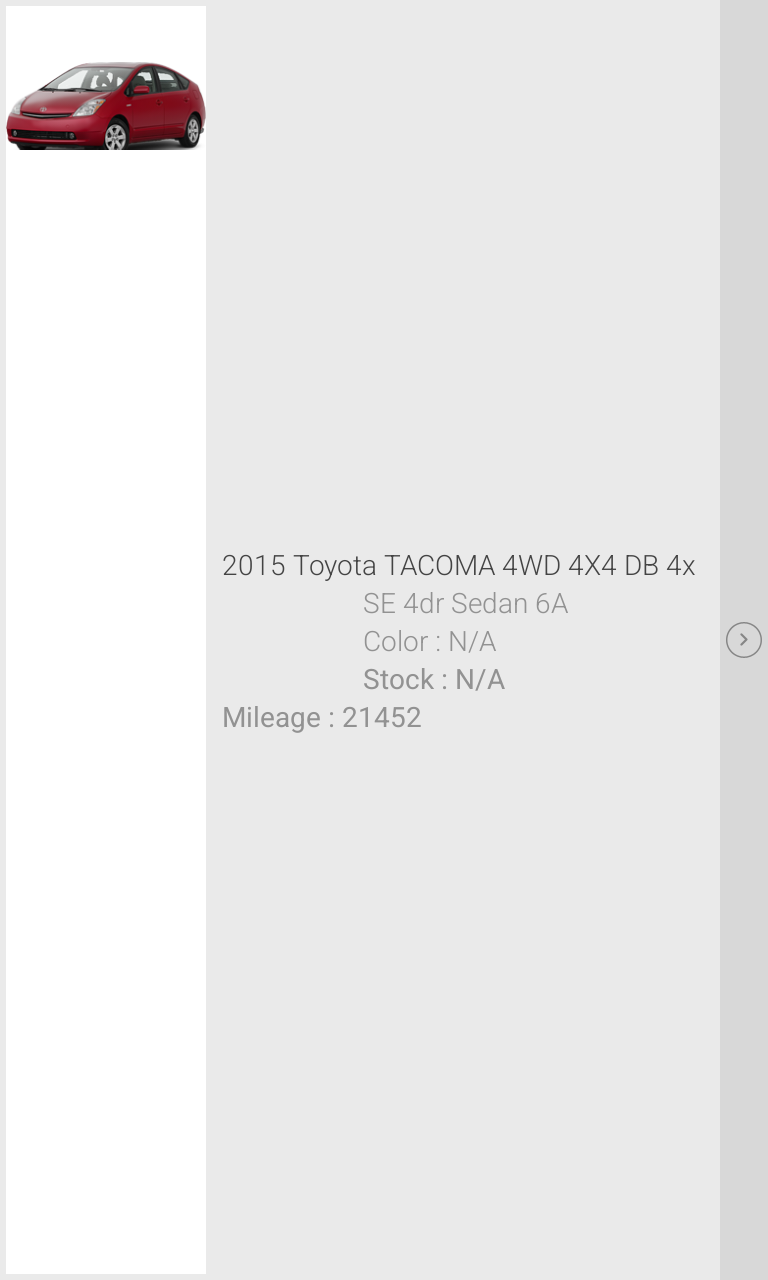
Repository: lMayuraDevani/BrentBrown
Layout: BrentBrown/res/layout/vehicle_list_item.xml
These files come from the project's save history. The layout is drawn as it stood at one moment and after the next save; the edit follows.
It is drawn on a 768 x 1280 px phone screen (xhdpi) without system bars, with theme AppTheme; the app's code is not run.

Above is the layout before, as saved 2014-11-12 09:40:08.

After the next save:
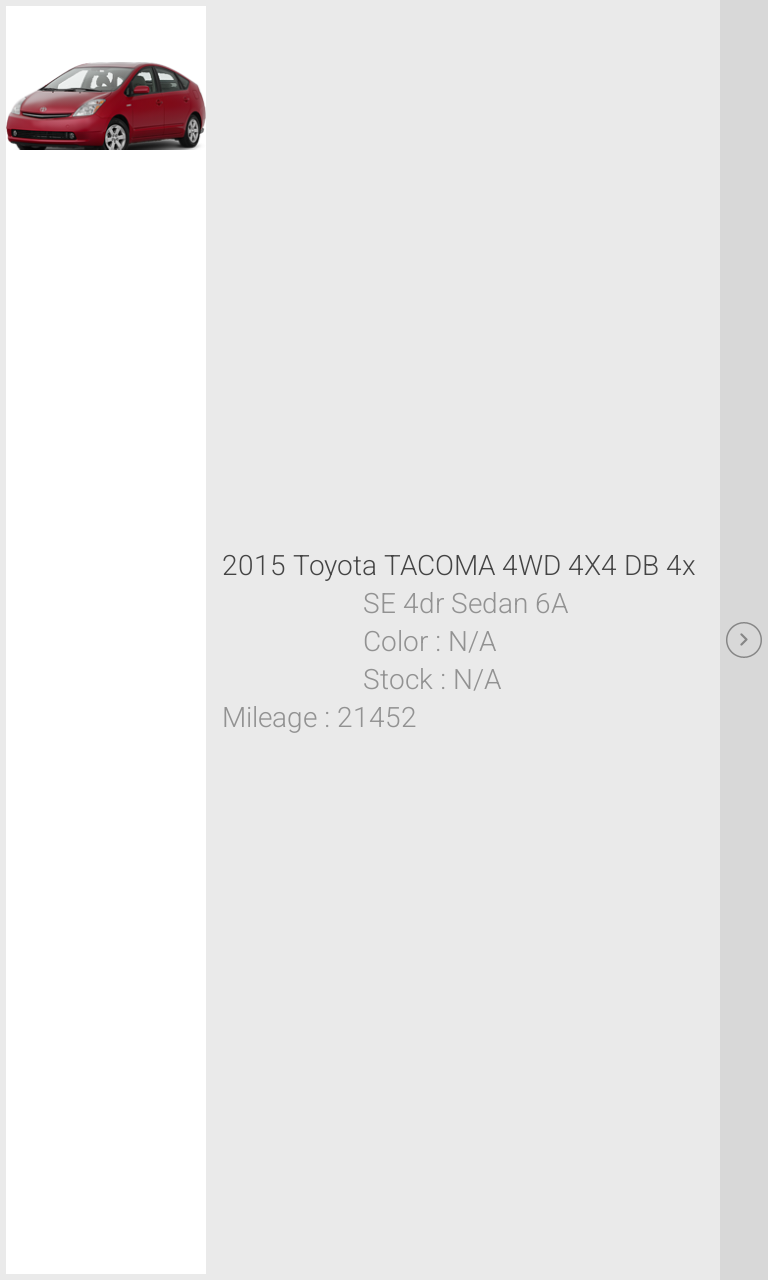
Saved 11 s later.
--- a/BrentBrown/res/layout/vehicle_list_item.xml
+++ b/BrentBrown/res/layout/vehicle_list_item.xml
@@ -66,6 +66,7 @@
                 android:layout_width="fill_parent"
                 android:layout_height="wrap_content"
                 android:text="Stock : N/A"
+                android:fontFamily="sans-serif-light"
                 android:textColor="@color/list_item_subtitle" />
         </LinearLayout>
 
@@ -74,6 +75,7 @@
             android:layout_width="fill_parent"
             android:layout_height="wrap_content"
             android:text="Mileage : 21452 "
+            android:fontFamily="sans-serif-light"
             android:textColor="@color/list_item_subtitle" />
     </LinearLayout>
 
